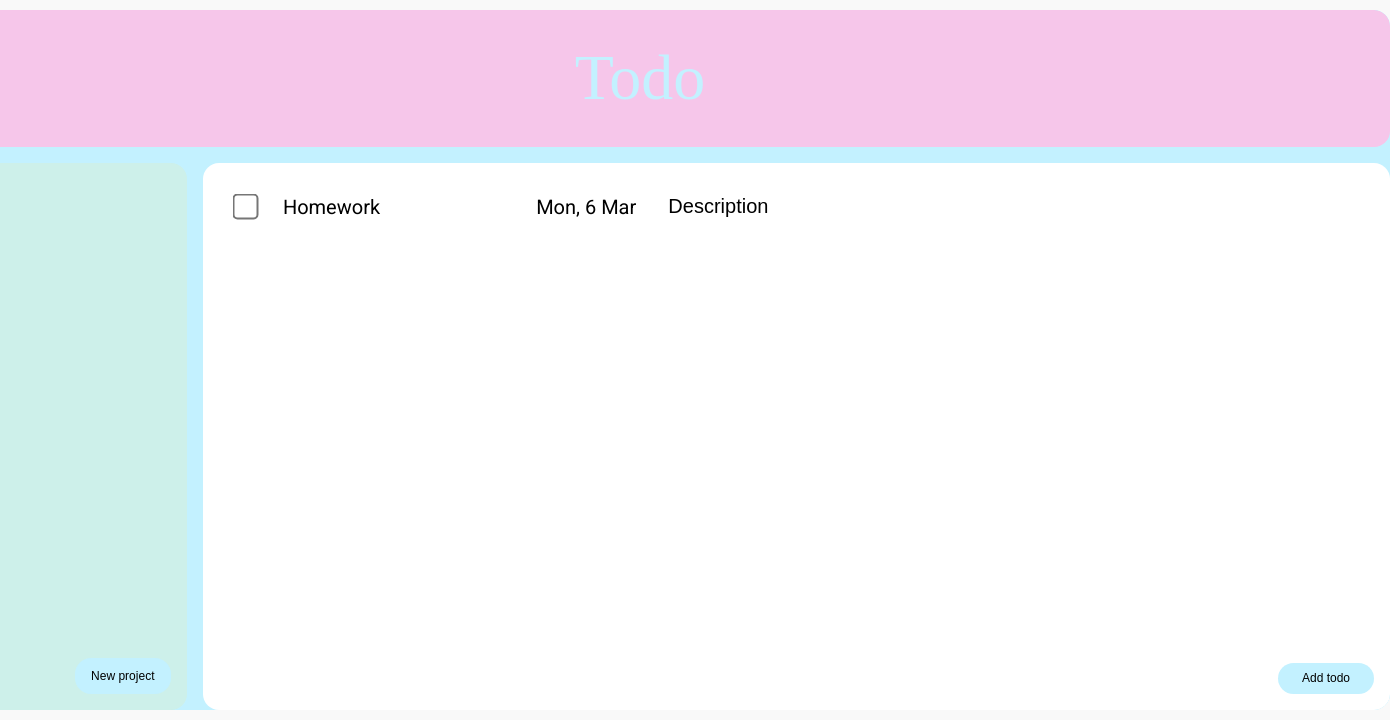
Repository: yeetzpxoci/todo-list
Page: dist/index.html
The author's editor kept a copy of each file at every save. The page is drawn from the files as they stood at one save, then again after the next save.
The browser window is 1280 px wide. The page is 1390 px wide, so the pictures cover 1390 px, including what lies to the right of the window. The pictures show the whole page.
Some web fonts or font styles are not loaded; a fallback is used.

Above is the page before, as saved 2023-03-07 20:40:06.
Console error: ReferenceError: projectNameSubmit is not defined

### dist/index.html
<!DOCTYPE html>
<html lang="en">
<head>
    <meta charset="UTF-8">
    <meta http-equiv="X-UA-Compatible" content="IE=edge">
    <meta name="viewport" content="width=device-width, initial-scale=1.0">
    <title>Todo List</title>
    <link rel="stylesheet" href="styles.css">
    <link rel="preconnect" href="https://fonts.googleapis.com">
    <link rel="preconnect" href="https://fonts.gstatic.com" crossorigin>
    <link href="https://fonts.googleapis.com/css2?family=Tilt+Warp&display=swap" rel="stylesheet">
    <link href="https://fonts.googleapis.com/css2?family=Roboto&family=Tilt+Warp&display=swap" rel="stylesheet">
</head>
<body>

<script src="main.js"></script>
</body>
</html>

### dist/styles.css
body, html {
    margin:0;
    padding: 0;
}

body {
    min-height: 100vh;
    display: flex;
    flex-direction: column;
    justify-content: center;
    align-items: center;
    font-family: 'Roboto';
    background-color: #F9F9F9;
}

p {
    margin: 0;
    padding: 0;
}

#content {
    width: 1500px;
    height: 700px;
    display: grid;
    grid-template-columns: 1fr 4fr;
    grid-template-rows: 1fr 4fr;
    background-color: #c3f1ff;
    z-index: 0;
    overflow: hidden;
    border-radius: 16px;
    gap: 16px;
}

#header {
    display: flex;
    justify-content: center;
    align-items: center;
    background-color: #F6C6EA;
    font-size: 64px;
    font-family: 'Tilt Warp', cursive;
    grid-column: 1 / 3;
    grid-row: 1 / 2;
    z-index: 1;
    border-radius: 16px;
}

#header p {
    margin: 24px;
    padding: 0;
    color: #c3f1ff;
}

#sidebar {
    display: flex;
    flex-direction: column;
    background-color: #CDF0EA;
    grid-column: 1 / 2;
    grid-row: 2 / 3;
    z-index: -1;
    border-radius: 16px;
}

#projects-div {
    display: flex;
    flex-direction: column;
    width: 100%;
}

#add-project {
    align-self: flex-end;
    border-radius: 16px;
    border-width: 0;
    height: 36px;
    width: 96px;
    font-size: 12px;
    margin-top: auto;
    margin-right: 16px;
    margin-bottom: 16px;
    background-color: #c3f1ff;
    cursor: pointer;
}

#add-todo {
    align-self: flex-end;
    border-radius: 16px;
    border-width: 0;
    height: 36px;
    width: 96px;
    font-size: 12px;
    margin-top: auto;
    margin-bottom: 16px;
    margin-right: 16px;
    background-color: #c3f1ff;
    cursor: pointer;
}

.project-name {
    font-size: 32px;
    font-weight: bold;
    cursor: pointer;
    margin: 0;
    padding: 0;
}

.project-div {
    display: flex;
    justify-content: space-between;
    align-items: center;
    padding: 16px;
}

.project-remove-button {
    background-color: transparent;
    border-radius: 8px;
    border-width: 0px;
    font-weight: bold;
    font-size: 32px;
    cursor: pointer;
}

#todos-wrapper {
    display: flex;
    flex-direction: column;
    gap: 16px;
    background-color: white;
    border-radius: 16px;
}

#todos {
    height: 100%;
    display: grid;
    grid-template-columns: 1fr 1fr;
    grid-auto-rows: 20%;
    column-gap: 16px;
    padding-left: 16px;
    padding-right: 16px;
    margin-top: 16px;
    overflow: scroll;
}

.todo, .todo-high, .todo-medium, .todo-low {
    display: flex;
    justify-content: space-between;
    align-items: center;
    height: 60%;
    border-radius: 16px;
    padding-left: 16px;
    padding-right: 16px;
    font-size: 20px;
}

.todo-high {
    background-color: #FFCBCB;
}

.todo-medium {
    background-color: #FFFDDE;
}

.todo-low {
    background-color: #E7FBBE;
}

.due {
    padding-left: 128px;
}

.checkbox {
    transform: scale(2);
}

.description {
    background-color: #caf1ff;
    border-radius: 16px;
    border-width: 0px;
    font-size: 20px;
    padding: 4px;
    cursor: pointer;
    background-color: transparent;
}

#description-div {
    display: none;
    flex-direction: column;
    flex-wrap: wrap;
    background-color: #F9F9F9;
    width: 25%;
    height: 40%;
    border-radius: 16px;
    padding: 16px;
    position: absolute;
    margin-left: auto;
    margin-right: auto;
    left: 0;
    right: 0;
    z-index: 2;
    box-shadow: 0 0 0 1600px rgba(0, 0, 0, 0.65);
}

#description-text {
    justify-content: baseline;
}

#close-button {
    margin-top: -8px;
    margin-right: -8px;
    font-weight: bold;
    width: 24px;
    height: 24px;
    align-self: flex-end;
    background-color: transparent;
    border: transparent;
    cursor: pointer;
}

#new-project-form {
    display: none;
    flex-direction: column;
    align-items: center;
    gap: 8px;
    flex-wrap: wrap;
    background-color: #F9F9F9;
    width: 20%;
    height: 10%;
    border-radius: 16px;
    padding: 16px;
    position: absolute;
    margin-left: auto;
    margin-right: auto;
    left: 0;
    right: 0;
    top: 256px;
    z-index: 2;
    box-shadow: 0 0 0 1600px rgba(0, 0, 0, 0.65);
}

#new-todo-form {
    display: none;
    flex-direction: column;
    align-items: center;
    gap: 8px;
    flex-wrap: wrap;
    background-color: #F9F9F9;
    width: 20%;
    height: 20%;
    border-radius: 16px;
    padding: 16px;
    position: absolute;
    margin-left: auto;
    margin-right: auto;
    left: 0;
    right: 0;
    top: 256px;
    z-index: 2;
    box-shadow: 0 0 0 1600px rgba(0, 0, 0, 0.65);
}

### dist/main.js
(()=>{"use strict";let e=[];function t(e){return{name:e,todos:[]}}let n=t("Default");function o(){for(let e=0;e<projects.length;e++){const t=document.createElement("p");t.className="project-name",t.innerHTML=projects[e].name,sidebarDiv.append(t)}}function c(){sidebarDiv.innerHTML=""}n.todos.push({title:"Homework",description:"Networks and Security bTCP Homework",dueDate:"Mon, 6 Mar",priority:"High"}),e.push(n),function(e){const t=document.createElement("div");t.id="content";const n=document.createElement("div");n.id="header";const d=document.createElement("p");d.innerHTML="Todo",n.append(d);const i=document.createElement("div");i.id="sidebar";const a=document.createElement("button");a.id="add-project",a.innerHTML="New project",a.addEventListener("click",(function(){document.getElementById("new-project-form").style.display="flex"})),i.append(a);const s=document.createElement("div");s.id="todos-wrapper";const r=document.createElement("div");r.id="todos";const m=document.createElement("button");m.id="add-todo",m.innerHTML="Add todo",s.append(r,m);const l=document.createElement("button");l.id="close-button",l.innerHTML="X",l.addEventListener("click",(function(){this.parentElement.style.display="none"}));for(let t=0;t<e[0].todos.length;t++){const n=document.createElement("div");n.className="todo";const o=document.createElement("input");o.className="checkbox",o.type="checkbox";const c=document.createElement("p");c.innerHTML=e[0].todos[t].title,c.className="todo-name";const d=document.createElement("p");d.innerHTML=e[0].todos[t].dueDate,d.className="due";const i=document.createElement("p");i.id="description-text",i.innerHTML=e[0].todos[t].description;const a=l.cloneNode(!0);a.addEventListener("click",(function(){this.parentElement.style.display="none"}));const s=document.createElement("div");s.id="description-div",s.append(a,i);const m=document.createElement("button");m.innerHTML="Description",m.className="description",m.addEventListener("click",(function(){this.previousElementSibling.style.display="flex"})),n.append(o,c,d,s,m),r.append(n)}const p=document.createElement("form");p.id="new-project-form",p.onsubmit=function(e){e.preventDefault()};const u=document.createElement("input");u.id="project-name-input",u.type="text",u.placeholder="Project name";const E=document.createElement("input");E.type="submit",E.value="Add project",E.addEventListener("click",(function(){c(),o(),this.parentElement.style.display="none"})),p.append(l,u,E),t.append(n,i,s,p),document.body.appendChild(t)}(e),projectNameSubmit.addEventListener("click",(function(){!function(n){let o=t(document.getElementById("project-name-input").value);e.push(o)}(),sidebarDiv.innerHTML="",function(){for(let t=0;t<e.length;t++){const n=document.createElement("p");n.className="project-name",n.innerHTML=e[t].name,sidebarDiv.append(n)}}(),this.parentElement.style.display="none"}))})();

After the next save:
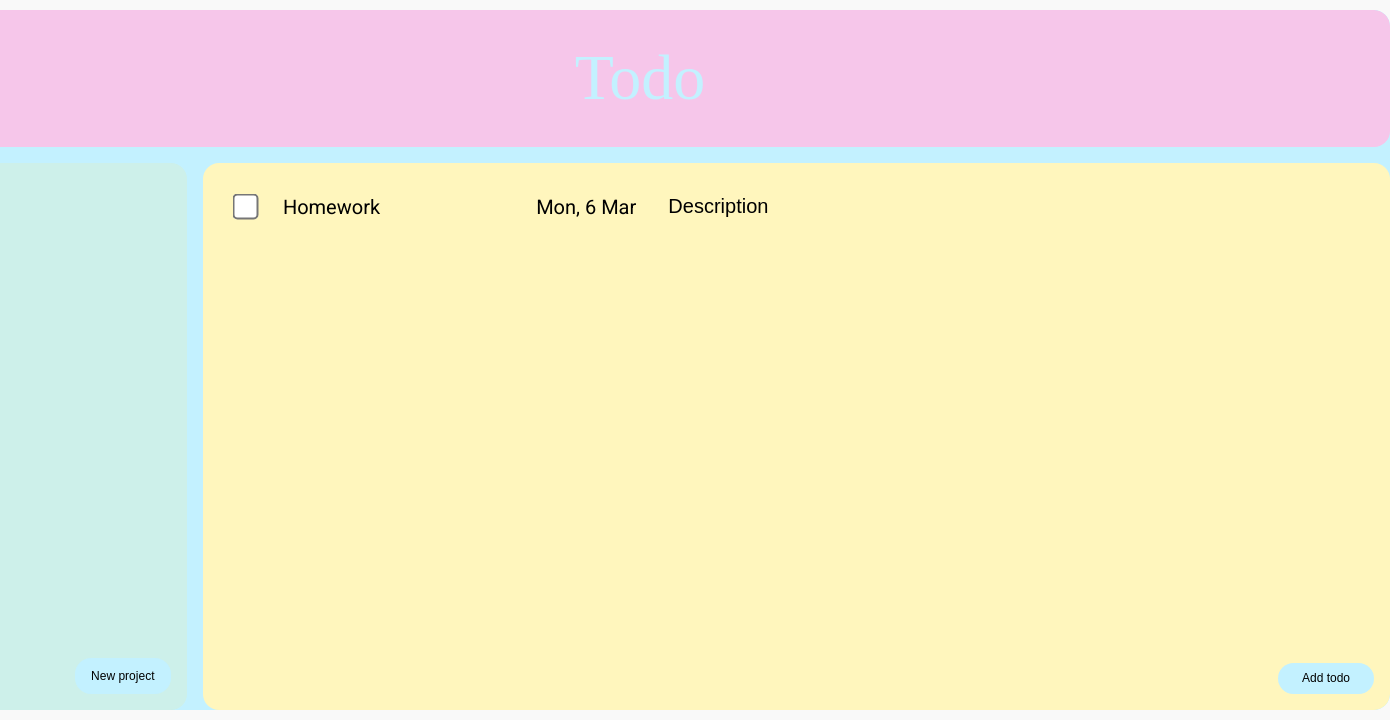
Saved 12 s later.
--- a/dist/styles.css
+++ b/dist/styles.css
@@ -122,7 +122,7 @@ p {
     display: flex;
     flex-direction: column;
     gap: 16px;
-    background-color: white;
+    background-color: #FFF6BD;
     border-radius: 16px;
 }
 
